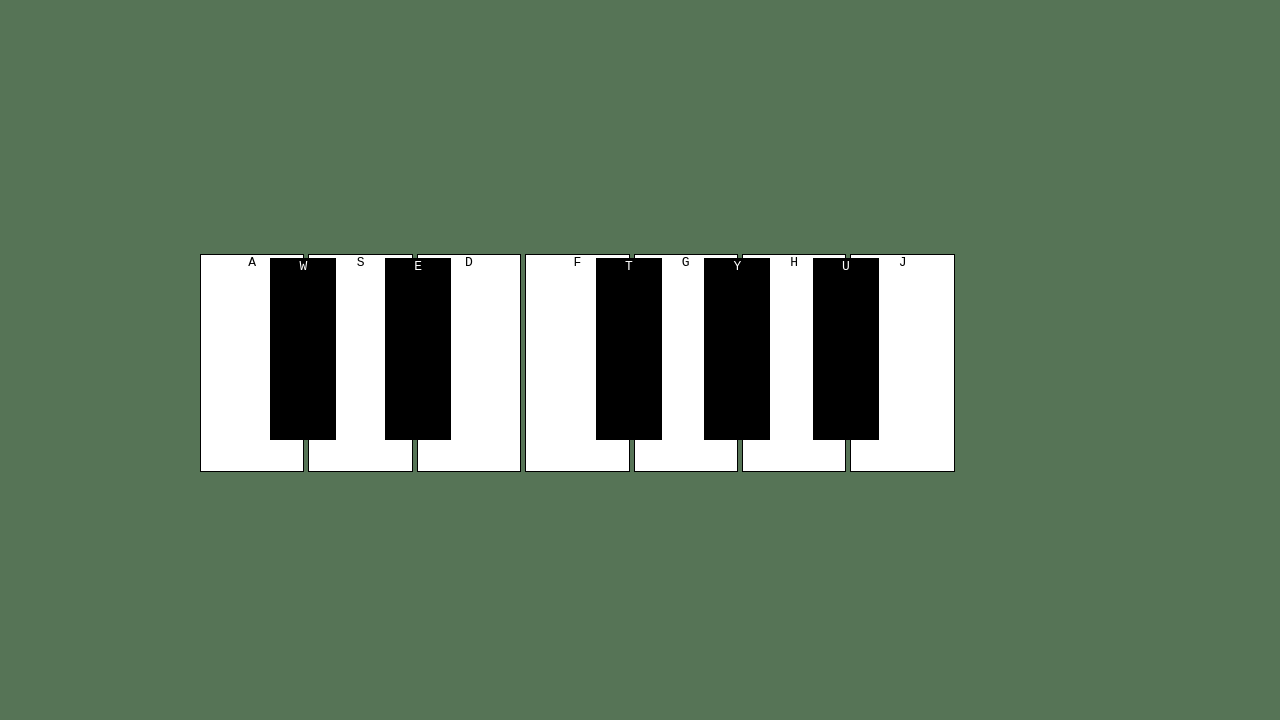
Repository: ctcoleman/Virtual-Piano
Page: index.html
These files come from the project's save history. The page is drawn as it stood at one moment and after the next save; the edit follows.
The browser window is 1280 px wide. The pictures show the whole page.

Above is the page before, as saved 2020-07-20 09:08:51.

After the next save:
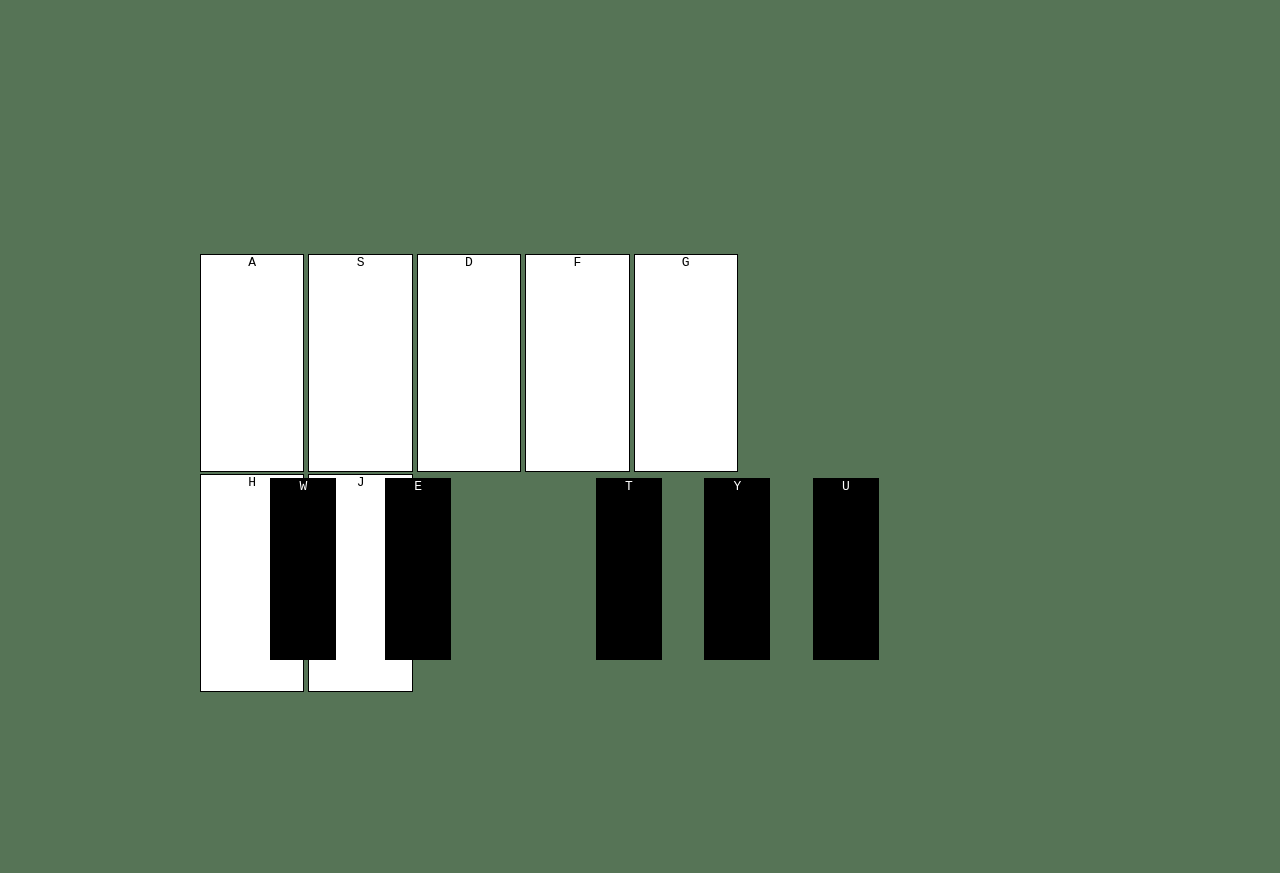
Saved 73 s later.
--- a/index.css
+++ b/index.css
@@ -12,7 +12,7 @@
 */
 .keyboard-container {
     position: relative;
-    width:70vw;
+    width: 50vw;
     height: 30vh;
     margin: 35vh 15vw;
 }

After the 3 saves that followed:
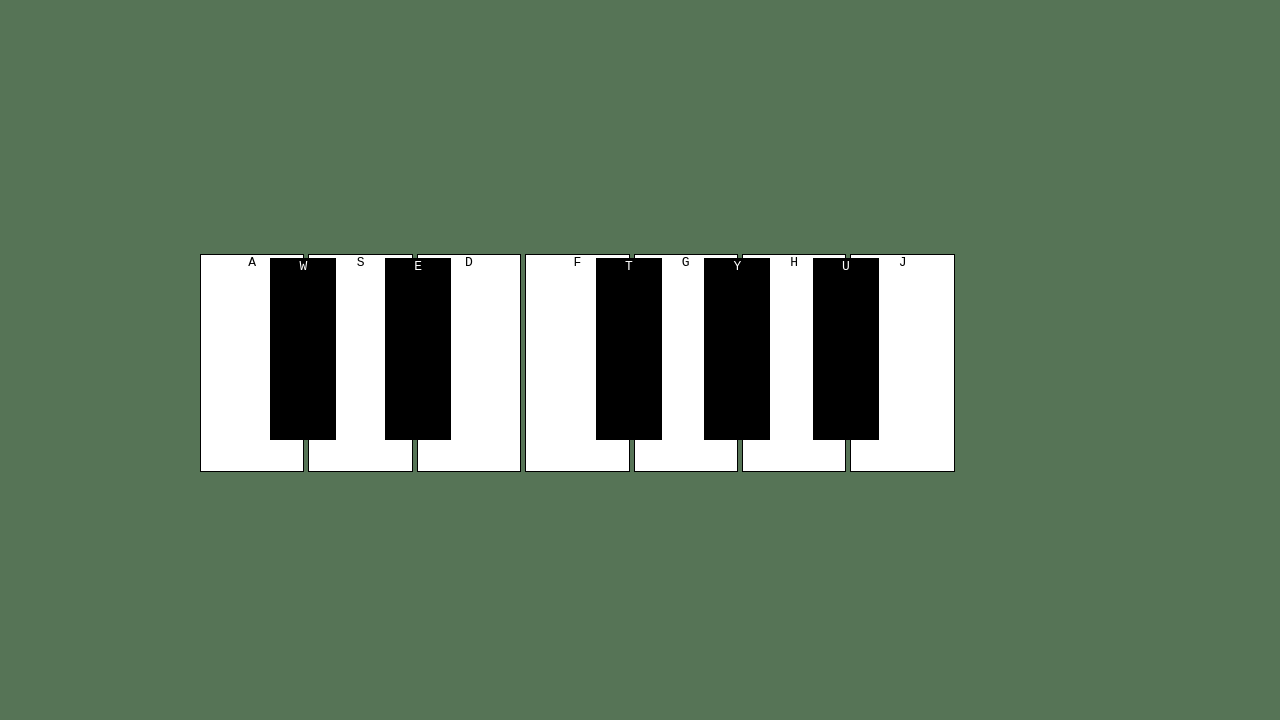
The 3 saves are shown as one change because they came seconds apart.
The last was saved 7 s later.
--- a/index.css
+++ b/index.css
@@ -12,7 +12,7 @@
 */
 .keyboard-container {
     position: relative;
-    width: 50vw;
+    width: 60vw;
     height: 30vh;
     margin: 35vh 15vw;
 }
